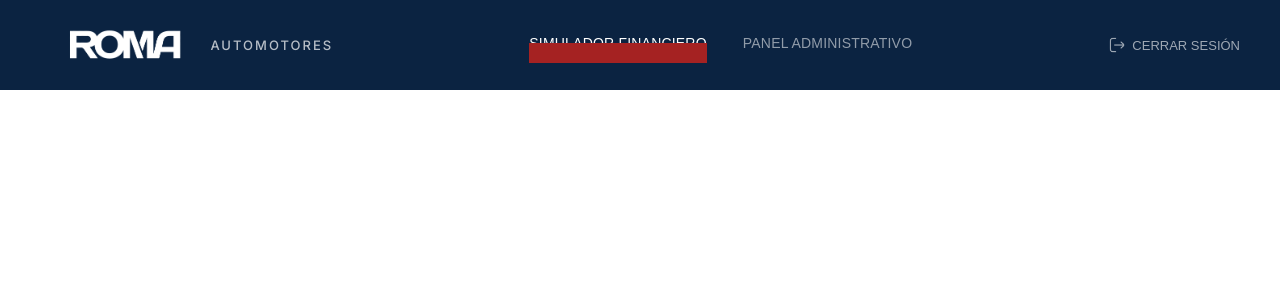
Repository: PPIII-9-012/Roma-System
Page: public/index.html
These files come from the project's save history. The page is drawn as it stood at one moment and after the next save; the edit follows.
The browser window is 1280 px wide. The pictures show the whole page.

Above is the page before, as saved 2026-08-22 12:43:21.

### public/index.html
<!DOCTYPE html>
<html lang="es">
<head>
    <meta charset="UTF-8">
    <meta name="viewport" content="width=device-width, initial-scale=1.0">
    <title>Simulador Financiero — Roma Automotores</title>
    <link rel="preconnect" href="https://fonts.googleapis.com">
    <link href="https://fonts.googleapis.com/css2?family=Inter:wght@400;500;600;700&display=swap" rel="stylesheet">
    <style>
        * {
            box-sizing: border-box;
            margin: 0;
            padding: 0;
        }
        body {
            font-family: 'Inter', system-ui, sans-serif;
        }
        .navbar {
            height: 90px;
            background: #0B2341;
            color: #FFFFFF;
            display: flex;
            align-items: center;
            justify-content: space-between;
            padding: 0 40px;
            position: sticky;
            top: 0;
            z-index: 50;
        }
        .navbar-left,
        .navbar-links,
        .navbar-logout {
            display: flex;
            align-items: center;
        }
        .navbar-left {
            gap: 14px;
        }
        .navbar-links {
            gap: 36px;
        }
        .navbar-logo {
            width: auto;
            height: 70px;
            display: block;
        }
        .navbar-brand {
            font-size: 13px;
            opacity: .7;
            letter-spacing: 2px;
            font-weight: 500;
        }
        .navbar-brand,
        .navbar-link,
        .navbar-logout {
            color: #FFFFFF;
        }
        .navbar-link {
            font-size: 14px;
            opacity: .55;
            text-decoration: none;
            padding-bottom: 4px;
            letter-spacing: .2px;
            transition: opacity .15s;
            position: relative;
        }
        .navbar-link:hover {
            opacity: .85;
        }
        .navbar-link.active {
            opacity: 1;
        }
        .navbar-link.active::after {
            content: "";
            position: absolute;
            left: 0;
            right: 0;
            bottom: -8px;
            height: 20px;
            background: #a52222;
        }
        .navbar-logout {
            font-size: 13px;
            opacity: .6;
        }
        .navbar-logout:hover {
            opacity: 1;
        }
        .navbar-link,
        .navbar-logout {
            background: transparent;
            border: 0;
            cursor: pointer;
        }
        .navbar-logout {
            gap: 6px;
        }
        .logout-logo {
            width: auto;
            height: 18px;
            display: block;
        }
        @media (max-width: 900px) {
            .navbar {
                height: auto;
                min-height: 90px;
                flex-wrap: wrap;
                gap: 14px 20px;
                padding: 14px 24px;
            }
            .navbar-links {
                order: 3;
                width: 100%;
                justify-content: center;
            }
            .navbar-link.active {
                padding-bottom: 4px;
            }
            .navbar-link.active::after {
                bottom: -4px;
            }
        }
        @media (max-width: 560px) {
            .navbar {
                align-items: center;
                padding: 12px 16px;
            }
            .navbar-logo {
                height: 50px;
            }
            .navbar-brand {
                font-size: 11px;
                letter-spacing: 1px;
            }
            .navbar-links {
                gap: 12px;
            }
            .navbar-link {
                font-size: 11px;
                letter-spacing: 0;
                text-align: center;
            }
            .navbar-logout {
                font-size: 11px;
            }
            .logout-logo {
                height: 16px;
            }
        }

</style>
</head>
<body>
<div class="navbar">
    <div class="navbar-left">
        <img class="navbar-logo" src="logotiporoma.png" alt="Roma">
        <span class="navbar-brand">AUTOMOTORES</span>
    </div>
    <div class="navbar-links">
        <button class="navbar-link active" type="button">SIMULADOR FINANCIERO</button>
        <button class="navbar-link" type="button" id="panelAdmimBtn">PANEL ADMINISTRATIVO</button>
    </div>
    <button class="navbar-logout" type="button" id="logoutBtn">
        <img class="logout-logo" src="cerrarsesion.png" alt="">
        <span>CERRAR SESIÓN</span>
    </button>
</div>

<div class="app">
    <div class="main-col">

    </div>
</div>

</body>
</html>

After the next save:
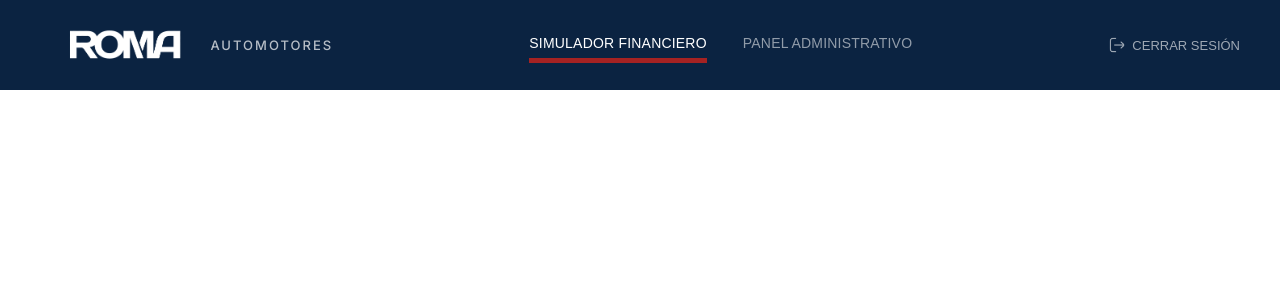
Saved 5 s later.
--- a/public/index.html
+++ b/public/index.html
@@ -76,7 +76,7 @@
             left: 0;
             right: 0;
             bottom: -8px;
-            height: 20px;
+            height: 5px;
             background: #a52222;
         }
         .navbar-logout {
